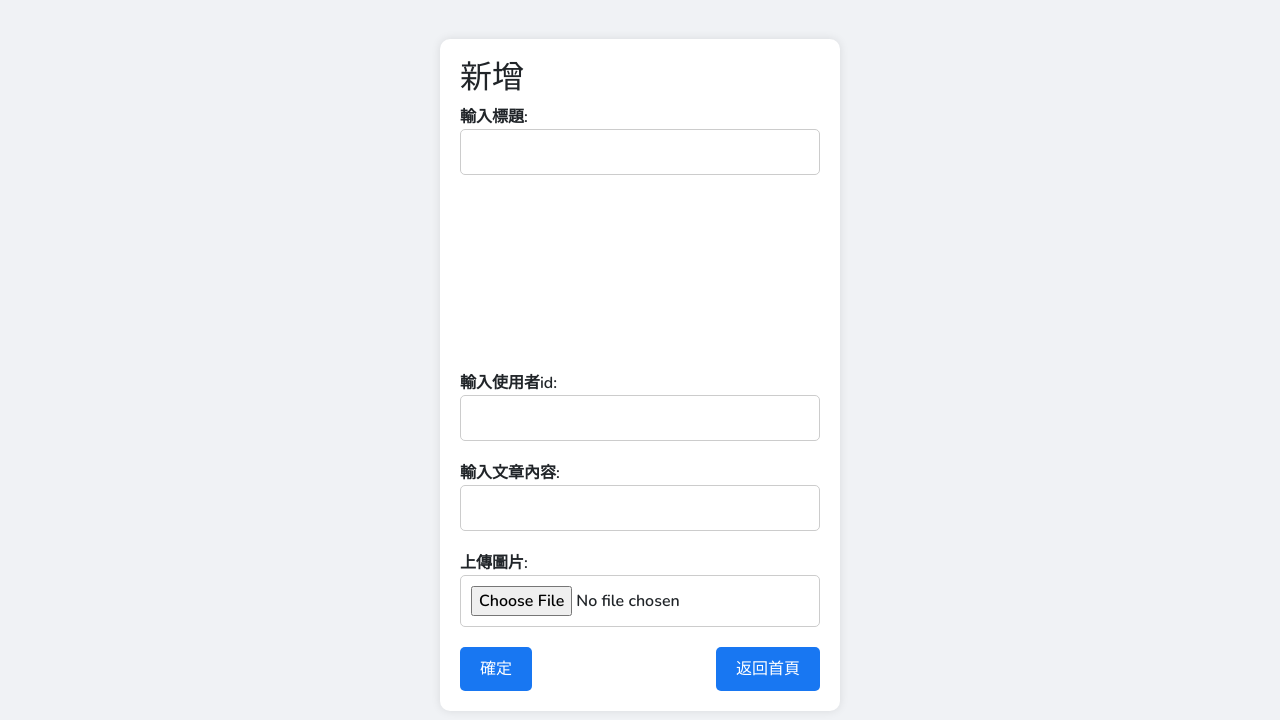
Repository: mmmooonnn0211/project
Page: workspace/demoSpringBoot-1/src/main/resources/static/html/LTInsertFront.html
The author's editor kept a copy of each file at every save. The page is drawn from the files as they stood at one save, then again after the next save.
The browser window is 1280 px wide. The pictures show the whole page.
Some web libraries are served in a nearby version.

Above is the page before, as saved 2024-05-06 19:23:55.

### workspace/demoSpringBoot-1/src/main/resources/static/html/LTInsertFront.html
<!DOCTYPE html>
<html>

<head>
	<meta charset="UTF-8">
	<title>Insert title here</title>
	<script src="https://cdn.jsdelivr.net/npm/sweetalert2@11"></script>

	<link href="https://cdn.jsdelivr.net/npm/bootstrap@5.0.0-beta3/dist/css/bootstrap.min.css" rel="stylesheet"
		integrity="sha384-eOJMYsd53ii+scO/bJGFsiCZc+5NDVN2yr8+0RDqr0Ql0h+rP48ckxlpbzKgwra6" crossorigin="anonymous">
	<script src="https://kit.fontawesome.com/4287c80df9.js" crossorigin="anonymous"></script>

	<!--Google Font : Nunito-->
	<link rel="preconnect" href="https://fonts.gstatic.com">
	<link href="https://fonts.googleapis.com/css2?family=Nunito:wght@600&display=swap" rel="stylesheet">

	<!-- For style(All CSS content) -->
	<link rel="stylesheet" type="text/css" href="../styles/home.css" />
	<link rel="stylesheet" type="text/css" href="../styles/footer.css" />
	<link rel="stylesheet" type="text/css" href="../styles/navbar.css" />
	<link rel="icon" href="images/favicon.ico">

	<!-- JS Bundle for BS  -->
	<script src="https://cdn.jsdelivr.net/npm/popper.js@1.16.1/dist/umd/popper.min.js"
		integrity="sha384-9/reFTGAW83EW2RDu2S0VKaIzap3H66lZH81PoYlFhbGU+6BZp6G7niu735Sk7lN" crossorigin="anonymous">
		</script>
	<script src="https://cdn.jsdelivr.net/npm/sweetalert2@11"></script>

	<style>
		body {
			font-family: 'Nunito', sans-serif;
			background-color: #f0f2f5;
			margin: 0;
			padding: 0;
			display: flex;
			justify-content: center;
			align-items: center;
			height: 100vh;
		}

		.container {
			background-color: white;
			border-radius: 10px;
			box-shadow: 0 0 10px rgba(0, 0, 0, 0.1);
			padding: 20px;
			width: 400px;
		}

		.form-group {
			margin-bottom: 20px;
		}

		label {
			font-weight: bold;
		}

		input[type="text"],
		input[type="file"] {
			width: 100%;
			padding: 10px;
			border: 1px solid #ccc;
			border-radius: 5px;
			font-size: 16px;
		}

		.btn-container {
			display: flex;
			justify-content: space-between;
		}

		.btn {
			background-color: #1877f2;
			color: white;
			padding: 10px 20px;
			border: none;
			border-radius: 5px;
			cursor: pointer;
			font-size: 16px;
			text-decoration: none;
			transition: background-color 0.3s ease;
		}

		.btn:hover {
			background-color: #1656b0;
		}
	</style>
</head>

<body>
	<div class="container">
		<h2>新增</h2>
		<form method="post" action="/LTinsertFront.controller" enctype="multipart/form-data"
			onsubmit="return validateForm();">

			<div class="form-group">
				<label for="title">輸入標題:</label>
				<input type="text" id="title" name="title" />
			</div>

			<div class="form-group">
				<label for="userId">輸入使用者id:</label>
				<input type="text" id="userId" name="userId" />
			</div>

			<div class="form-group">
				<label for="content">輸入文章內容:</label>
				<input type="text" id="content" name="content" />
			</div>

			<div class="form-group">
				<label for="picture">上傳圖片:</label>
				<input type="file" id="picture" name="picture" />
			</div>

			<div class="btn-container">
				<input class="btn" type="submit" value="確定" />
				<a class="btn" href="/LTSelectAll">返回首頁</a>
			</div>

		</form>
	</div>

	<script>
		function validateForm() {
			var titleInput = document.getElementById('title').value.trim();
			var userIdInput = document.getElementById('userId').value.trim();
			var contentInput = document.getElementById('content').value.trim();

			if (titleInput === '' || userIdInput === '' || contentInput === '') {
				Swal.fire({
					icon: 'warning',
					title: '請確保標題、ID、文章內容都已輸入😒😒😒',
					showConfirmButton: false,
					timer: 1500
				});
				return false;
			}
			return true;
		}
	</script>
</body>

</html>

### workspace/demoSpringBoot-1/src/main/resources/static/styles/home.css
/* hiding vertical scroll bar from every page */
::-webkit-scrollbar {
  width: 0 !important
}




body {
  font-family: 'Nunito', sans-serif;
  background-color: #FBF8EC;
  word-spacing: 0.25rem;
}

::selection {
  color: black;
  background: #ffc100;
}

::placeholder {
  color: rgb(202, 192, 192);
}

.neon-yellow {
  color: #ffc100;
}

.working-heading {
  font-size: 2.3rem;
  font-weight: bold;
  color: black;
}


.date-style {
  font-weight: 850;
  padding: 0 0 0.3rem 0;
}

.sub-heading {
  font-size: 1.5rem;
  font-weight: 1000;
  padding: 0 0 0.3rem 0;
}

.small-subtext {
  color: black;
  font-weight: 700;
  font-size: 1rem;
}

.process-heading {
  font-weight: 1000;
  font-size: 0.95rem;
}

.eng,
.feedback,
.some {
  font-size: 2.3rem;
  font-weight: 1000;
  color: black;
}

.center-line {
  border-left: 0.58rem solid #ffc100;
  height: 110%;
  position: absolute;
  top: 0%;
  left: 0%;
}

.padding-for-mobile {
  padding: 0 1rem 2rem 4rem;
  text-align: left;
  /*background-color:  white;*/
}

.stickyy-corner {
  position: -webkit-sticky;
  position: sticky;
  top: 0;
}

.timeline-left-style {
  color: black;
  text-align: right;
  padding: 0 4rem 0 5.2rem;
}

.timeline-right-style {
  color: black;
  text-align: left;
  position: relative;
  padding: 0 5.2rem 0 4rem;
  overflow-y: hidden;
}

.d-block {
  margin-top: 2%;
  border-radius: 7px;
  border: 3px solid rgb(245, 241, 241);
  width: 100%;
}

.chess,
.review,
.event {
  color: #ffc100;
  font-weight: 850;
  font-size: 0.95rem;
}


#text {
  font-weight: 850;
  font-size: 0.75rem;
  margin-bottom: 7px;
}

#sugg {
  font-size: 1.5rem;
  font-weight: 1000;
}

#btn {
  background-color: #ffc100;
  color: rgb(0, 0, 0);
  padding: 10px 20px;
  text-align: center;
  border: none;
  border-radius: 3px;
  display: block;
  margin: auto;
  margin-top: 15px;
  font-weight: bold;
}


#box,
#msg {
  background-color: #DDDDDD;
  border-radius: 3.5px;
  border: none;
  margin-bottom: 12px;
  width: 100%;
}

#msg {
  height: 120px;
}

#box {
  height: 35px;
}

#spon {
  color: black;
  margin-top: 60px;
  display: flex;
  justify-content: space-evenly;
  align-items: center;
  font-weight: bold;
  margin-bottom: 20px;
}

.image {
  height: 100px;
}

.image3 {
  height: 250px;
  overflow-y: hidden;
}

.pic1,
.pic2 {
  font-weight: bold;
  font-size: medium;
}

.pic1 {
  margin-top: 20px;
}

.column {
  display: flex;
  flex-direction: column;
  justify-content: space-evenly;
  align-items: center;
}

.columns {
  display: flex;
  flex-direction: column;
  justify-content: center;
  align-items: flex-start;
}

.pic2 {
  color: gray;
  font-size: small;
}

.event,
.some,
.last,
.pic,
.pic1,
.pic2 {
  display: flex;
  justify-content: space-evenly;
  align-items: center;
}

.subhead {
  color: black;
  font-size: 3rem;
  overflow-y: hidden;
}

.active {
  color: #ffc100;
}

.active:hover {
  color: #ffc100;
}

p {
  color: black;
}

.title-img {
  width: 25%;
  margin-left: 8%;
  transform: rotate(10deg);
}

.hover {
  color: #ffc100;
}

.title-img3 {
  width: 25%;
  transform: rotate(-10deg);
}

.title-img2 {
  width: 35%;
  padding-right: 5%;
  padding-left: 5%;


}

.carousel-img-styles {
  border: 0.13rem solid black;
  border-radius: 1rem;
}

h1 {
  font-size: 5rem;
  line-height: 1.5;
  font-weight: 900;
}

#title {
  margin-bottom: 11rem;
}

.col-lg-3 {
  padding-left: 3rem;
}

.ex-btn {
  margin-top: 2.5rem;
  margin-bottom: 30px;
}

.carousel-container {
  width: 55%;
}

#cards {
  padding: 10px 50px;
}

.card {
  background-color: black;
  border-radius: 10px;
  /* display: block;
    margin: auto;
    font: 16px;
    width:55%; */
  padding: 30px 20px;

}

@media only screen and (max-width: 767px) {
  .small-subtext {
    font-size: 0.8rem;
  }

  .padding-for-mobile {
    padding: 0 0 4rem 2rem;
  }

  /*
  .sticky-corner {
    position: static;
  }
  */
  #cards {
    padding: 0px 20px;
  }


  .sub-heading {
    font-size: 1.3rem;
  }

  .process-heading {
    font-size: 0.85rem;
  }

  .working-heading {
    font-size: 1.5rem;
  }

  .timeline-left-style {
    padding: 0 2.5rem 0 3rem;
  }

  .timeline-right-style {
    padding: 0 3rem 0 2.5rem;
  }

  #spon {
    font-size: 1.5rem;
  }

  .some,
  .eng,
  .feedback {
    font-size: 1.5rem;
  }

  .card {
    width: 100%;
  }

  .pic {
    flex-direction: column;
  }

  .carousel-container {
    width: 85%;
  }
}

@media only screen and (max-width: 575px) {

  .title-img,
  .title-img3 {
    display: none;
  }

  .title-img2 {
    display: block;
    margin: auto;
    width: 100%;
    padding: 50px;
  }
}

@media only screen and (max-width: 375px) {


  .date-style {
    font-size: 0.8rem;
  }

  .sub-heading {
    font-size: 0.9rem;
  }

  .small-subtext {
    font-size: 0.7rem;
  }

  .timeline-left-style {
    padding: 0 1.6rem 0 2rem;
  }

  .timeline-right-style {
    padding: 0 2rem 0 2rem;
  }
}

### workspace/demoSpringBoot-1/src/main/resources/static/styles/footer.css
/*
hiding vertical scroll bar from every page
*/
::-webkit-scrollbar {
    width: 0 !important
}




.slant {
    /* width: 110%;
    background-color: #DDDDDD;
    transform: rotate(-3deg);
    height: 100px; */
    clip-path: polygon(0 15%, 100% 0, 100% 100%, 0 100%);
  }

  .container{
    margin-top: 30px;
  }

  .left, .right {
    font-size: large;
    font-weight: bold;
    margin-top: 50px;
    color: rgb(61, 59, 59);
    margin-bottom: 30px;
  }

  .below {
    background-color:#D4B572;
    position: relative;
    padding-top: 8px;
    padding-bottom: 6px;
    width: 100%;
    height: 100%;
  }

  #mail {
    border: none;
    height: 30px;
    padding: 20px;
    font-size: small;
    font-weight: bold;
  }

  #bttn {
    background-color: #ffc100;
    color: black;
    padding: 12px 20px;
    text-align: center;
    border: none;
    border-radius: 3px;
    font-weight: bold;
  }


  .fa-youtube:hover{
    color: rgb(230, 59, 59);
    transition: 0.5s;
  }

  .fa-twitter:hover, .fa-facebook-square:hover{
    color: rgba(18, 212, 212, 0.596);
    transition: 0.5s;
  }

  .fa-instagram:hover{
    color: rgb(218, 30, 61);
    transition: 0.5s;
  }

  .fa-github{
    color: rgb(43, 36, 36);
    transition: 0.5s;
  }

  .fab {
    padding: 0 1rem 0 1rem;
    font-size: 2rem;
    color: black;
  }

  .last {
    font-weight: 900;
    color: rgb(61, 59, 59);
    margin: 20px;
    display: flex;
  justify-content: space-evenly;
  align-items: center;
  }

  @media only screen and (max-width: 767px) {
    .slant{
      clip-path: polygon(0 5%, 100% 0, 100% 100%, 0 100%);
    }
  }

  @media only screen and (max-width: 375px) {
    .slant{
      clip-path: polygon(0 5%, 100% 0, 100% 100%, 0 100%);
    }
  }

### workspace/demoSpringBoot-1/src/main/resources/static/styles/navbar.css
/* 鼠標移動導覽列*/
.nav-item :hover {
  color: rgb(255, 128, 128);
  cursor: pointer;
  background-color: #B15A5E;
  border-radius: 10px;
}

.navbar a {
  color: #ff2600a2;
  border-radius: 10px;
}


.navbar {
  padding: 1rem 2rem;
  position: fixed;
  z-index: 100;
  width: 100%;
  margin: 0;
  top: 0;
  left: 0;
  background-color: #D4B572;
}

.nav-item {
  padding: 0 20px 0 0;
}

.nav-link {
  font-size: 1.9rem;
  font-weight: 900;

}


.dropdown-item,
.dropdown-menu {
  background-color: #B15A5E;
  color: #BF3F41;
  ;
  margin: 0;
}






.dropdown-menu a {
  color: white;
  ;
  text-decoration: none;
  display: block;
  text-align: left;
}

After the next save:
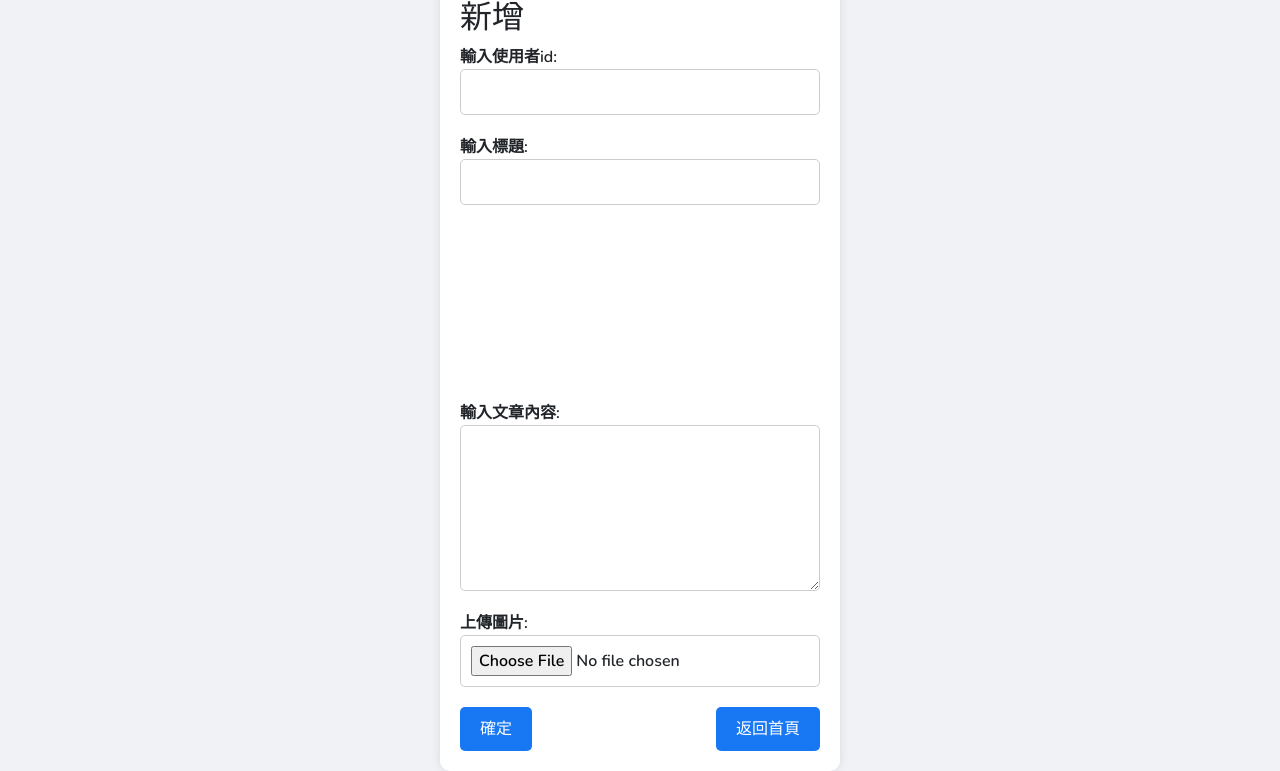
Saved 3 min 37 s later.
--- a/workspace/demoSpringBoot-1/src/main/resources/static/html/LTInsertFront.html
+++ b/workspace/demoSpringBoot-1/src/main/resources/static/html/LTInsertFront.html
@@ -47,6 +47,8 @@
 		}
 
 		.form-group {
+			display: flex;
+			flex-direction: column;
 			margin-bottom: 20px;
 		}
 
@@ -56,16 +58,24 @@
 
 		input[type="text"],
 		input[type="file"] {
-			width: 100%;
 			padding: 10px;
 			border: 1px solid #ccc;
 			border-radius: 5px;
 			font-size: 16px;
 		}
 
+		textarea {
+			padding: 10px;
+			border: 1px solid #ccc;
+			border-radius: 5px;
+			font-size: 16px;
+			resize: vertical;
+		}
+
 		.btn-container {
 			display: flex;
 			justify-content: space-between;
+			align-items: center;
 		}
 
 		.btn {
@@ -93,18 +103,18 @@
 			onsubmit="return validateForm();">
 
 			<div class="form-group">
+				<label for="userId">輸入使用者id:</label>
+				<input type="text" id="userId" name="userId" />
+			</div>
+
+			<div class="form-group">
 				<label for="title">輸入標題:</label>
 				<input type="text" id="title" name="title" />
 			</div>
 
 			<div class="form-group">
-				<label for="userId">輸入使用者id:</label>
-				<input type="text" id="userId" name="userId" />
-			</div>
-
-			<div class="form-group">
 				<label for="content">輸入文章內容:</label>
-				<input type="text" id="content" name="content" />
+				<textarea id="content" name="content" rows="6"></textarea>
 			</div>
 
 			<div class="form-group">
